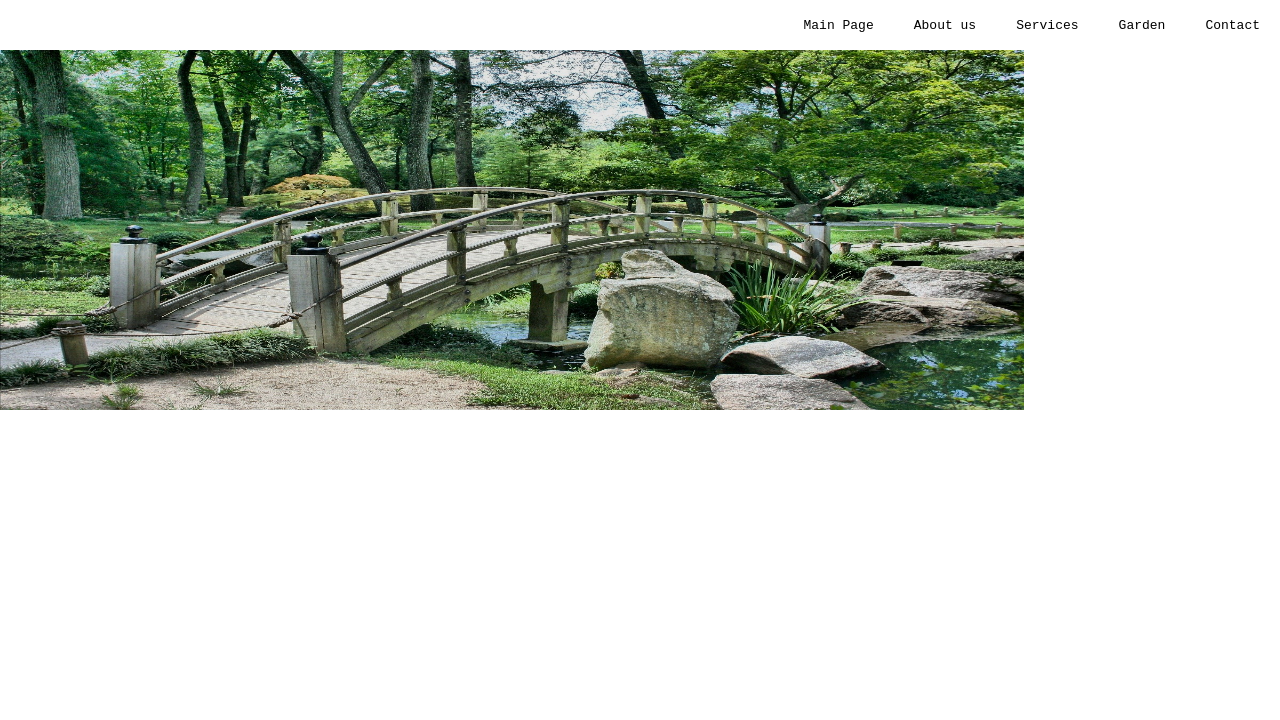
Repository: PatryxB/garden
Page: http://localhost/
The author's editor kept a copy of each file at every save. The page is drawn from the files as they stood at one save, then again after the next save.
The browser window is 1280 px wide. The pictures show the whole page.
Some web fonts or font styles are not loaded; a fallback is used. The page is served by the project's Laravel application, run on PHP 8.4 with Laravel 8. Style sheets and scripts are compiled from the project's sources, by tool versions that may differ from the author's.

Above is the page before, as saved 2020-05-01 21:30:18.

After the next save:
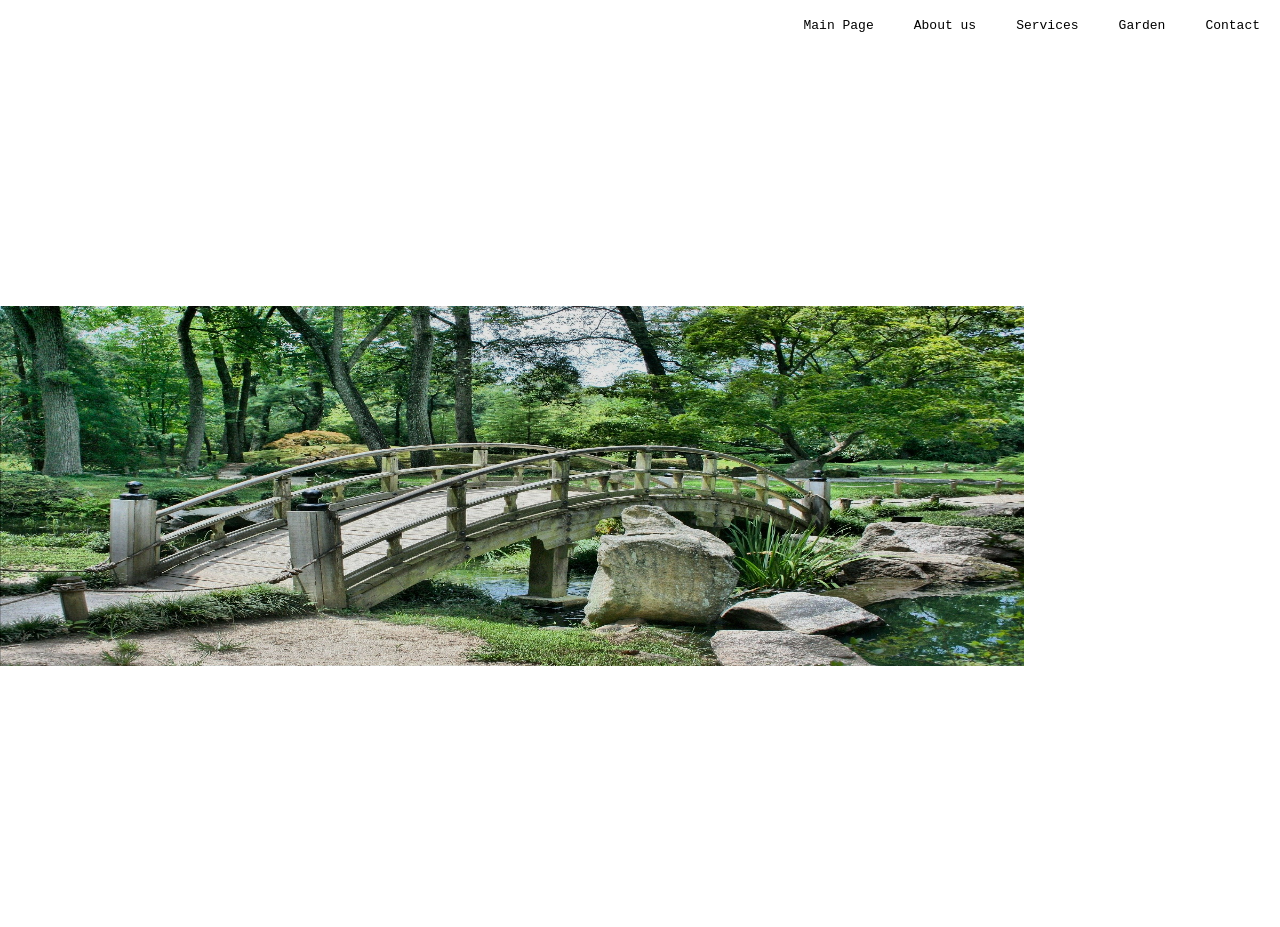
Saved 10 s later.
--- a/resources/sass/app.scss
+++ b/resources/sass/app.scss
@@ -27,7 +27,7 @@
 .banner img{
     width: 80%;
     height: 50vh;
-    margin: 20 auto;
+    margin: 20% auto;
     position: relative;
     filter: brightness(90%);
 }

After the save that followed:
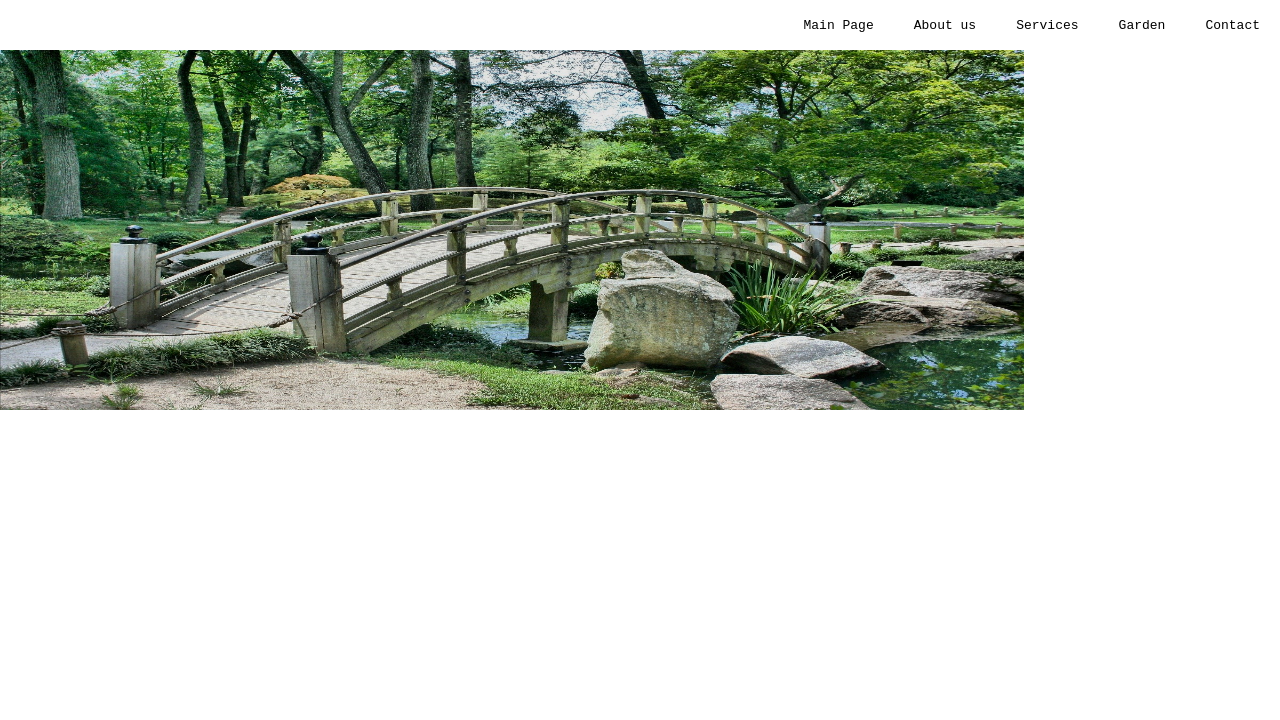
Saved 11 s later.
--- a/resources/sass/app.scss
+++ b/resources/sass/app.scss
@@ -27,7 +27,7 @@
 .banner img{
     width: 80%;
     height: 50vh;
-    margin: 20% auto;
+    margin: 0 auto;
     position: relative;
     filter: brightness(90%);
 }
